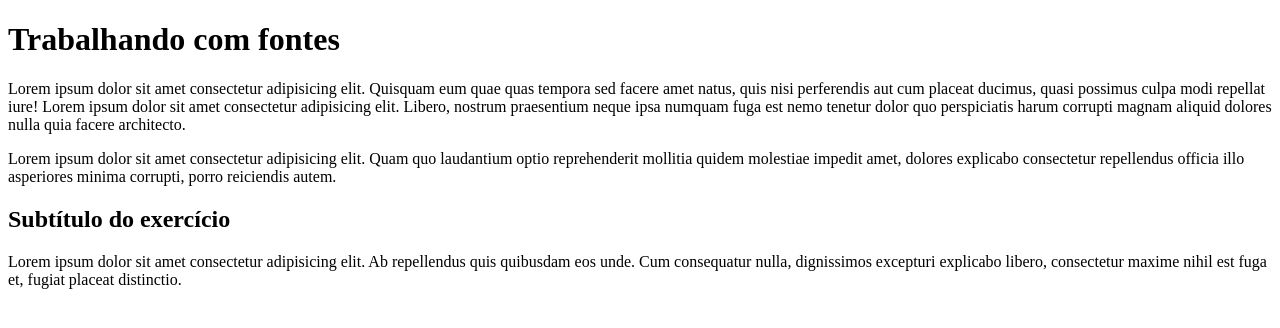
Repository: pheonix5/Estudo
Page: html-css/exercicios/ex017/fonte01.html
The author's editor kept a copy of each file at every save. The page is drawn from the files as they stood at one save, then again after the next save.
The browser window is 1280 px wide. The pictures show the whole page.

Above is the page before, as saved 2023-08-12 00:35:31.

After the next save:
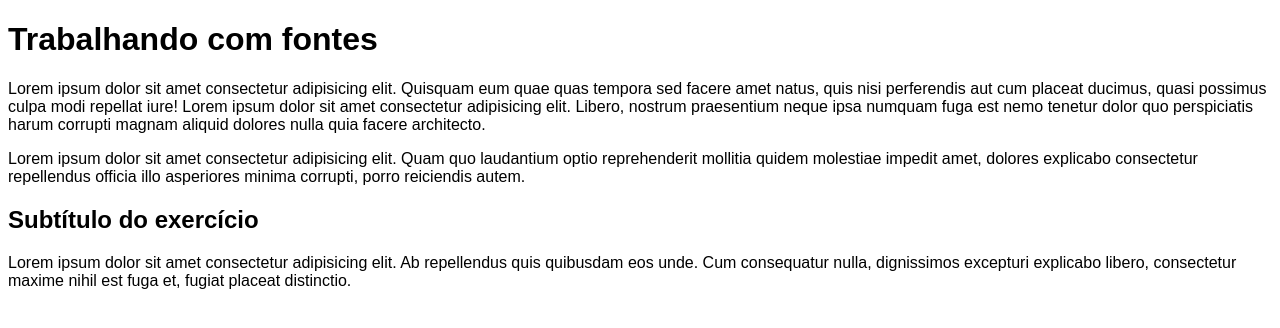
Saved 46 s later.
--- a/html-css/exercicios/ex017/fonte01.html
+++ b/html-css/exercicios/ex017/fonte01.html
@@ -5,7 +5,7 @@
   <meta name="viewport" content="width=device-width, initial-scale=1.0">
   <title>Fontes em css</title>
 </head>
-<body>
+<body style="font-family: Arial;">
   <h1>Trabalhando com fontes</h1>
   <p>Lorem ipsum dolor sit amet consectetur adipisicing elit. Quisquam eum quae quas tempora sed facere amet natus, quis nisi perferendis aut cum placeat ducimus, quasi possimus culpa modi repellat iure! Lorem ipsum dolor sit amet consectetur adipisicing elit. Libero, nostrum praesentium neque ipsa numquam fuga est nemo tenetur dolor quo perspiciatis harum corrupti magnam aliquid dolores nulla quia facere architecto.</p>
   <p> Lorem ipsum dolor sit amet consectetur adipisicing elit. Quam quo laudantium optio reprehenderit mollitia quidem molestiae impedit amet, dolores explicabo consectetur repellendus officia illo asperiores minima corrupti, porro reiciendis autem.</p>
